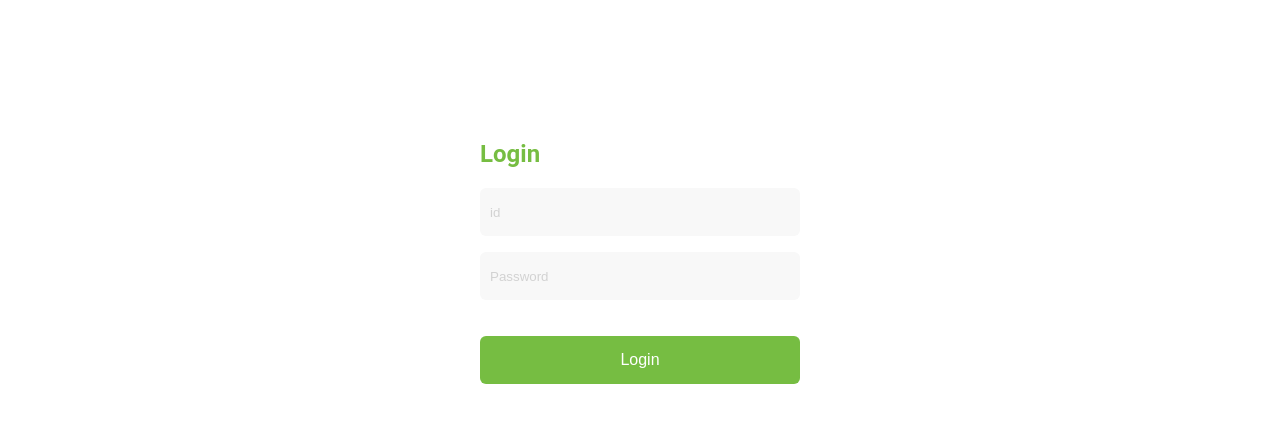
Repository: misosiruda/portfolio
Page: http://localhost/mallwithjsp/login/signaccountform.jsp
The author's editor kept a copy of each file at every save. The page is drawn from the files as they stood at one save, then again after the next save.
The browser window is 1280 px wide. The pictures show the whole page.
Some web libraries are served in a nearby version. The page is served by Tomcat 9. Other server files are loaded and not shown.

Above is the page before, as saved 2024-03-25 06:45:43.

### mallwithjsp/src/main/webapp/login/signaccountform.jsp
<%@ page language="java" contentType="text/html; charset=UTF-8"
	pageEncoding="UTF-8"%>
<%@ taglib prefix="c" uri="http://java.sun.com/jsp/jstl/core"%>
<!DOCTYPE html>
<html>

<head>
<meta charset="UTF-8">
<title>회원가입 창</title>
<style>
* {
	padding: 0;
	margin: 0;
	border: none;
}

body {
	font-size: 14px;
	font-family: 'Roboto', sans-serif;
}

.login-wrapper {
	margin: 100px auto;
	width: 400px;
	height: 350px;
	padding: 40px;
	box-sizing: border-box;
}

.login-wrapper>h2 {
	font-size: 24px;
	color: #76bd42;
	margin-bottom: 20px;
}

#login-form>input {
	width: 100%;
	height: 48px;
	padding: 0 10px;
	box-sizing: border-box;
	margin-bottom: 16px;
	border-radius: 6px;
	background-color: #F8F8F8;
}

#login-form>input::placeholder {
	color: #D2D2D2;
}

#login-form>input[type="submit"] {
	color: #fff;
	font-size: 16px;
	background-color: #76bd42;
	margin-top: 20px;
}

#login-form>input[type="checkbox"] {
	display: none;
}

#login-form>label {
	color: #999999;
}

#login-form input[type="checkbox"]+label {
	cursor: pointer;
	padding-left: 26px;
	background-image: url("checkbox.png");
	background-repeat: no-repeat;
	background-size: contain;
}

#login-form input[type="checkbox"]:checked+label {
	background-image: url("checkbox-active.png");
	background-repeat: no-repeat;
	background-size: contain;
}

a {
	text-decoration: none;
}

</style>
<script type="text/javascript"
	src="https://code.jquery.com/jquery-1.10.2.min.js"></script>
</head>

<body>
	<div class="login-wrapper">
		<h2>Login</h2>
		<form method="post"
			action="./login/loginform.jsp"
			id="login-form" name="frm">
			<input type="hidden" name="check" value="${check}">
			<input type="text" name="userid" placeholder="id">
			<input type="password" name="userpass" placeholder="Password">
			<input type="submit" value="Login" onclick="return loginNullCheck()">
		</form>
	</div>
	<!-- 아이디 비번 체크 스크립트 -->
    <script src="../js/idpasscheck.js"></script>
	<script>
		//로드 될때 실행하는 코드
		if (document.frm.check.value == "wrong_userid") {
			alert("해당하는 아이디가 없습니다.");
		} else if (document.frm.check.value == "wrong_userpass") {
			alert("비밀번호가 틀렸습니다.");
		}
	</script>
</body>

</html>

### mallwithjsp/src/main/webapp/js/idpasscheck.js
function loginNullCheck()
{
    if (document.frm.userid.value.length === 0)
    {
        alert("아이디를 입력하세요.");
        return false;
    }
    if (document.frm.userpass.value.length === 0)
    {
        alert("비밀번호를 입력하세요.");
        return false;
    }
    return true;
}

After the next save:
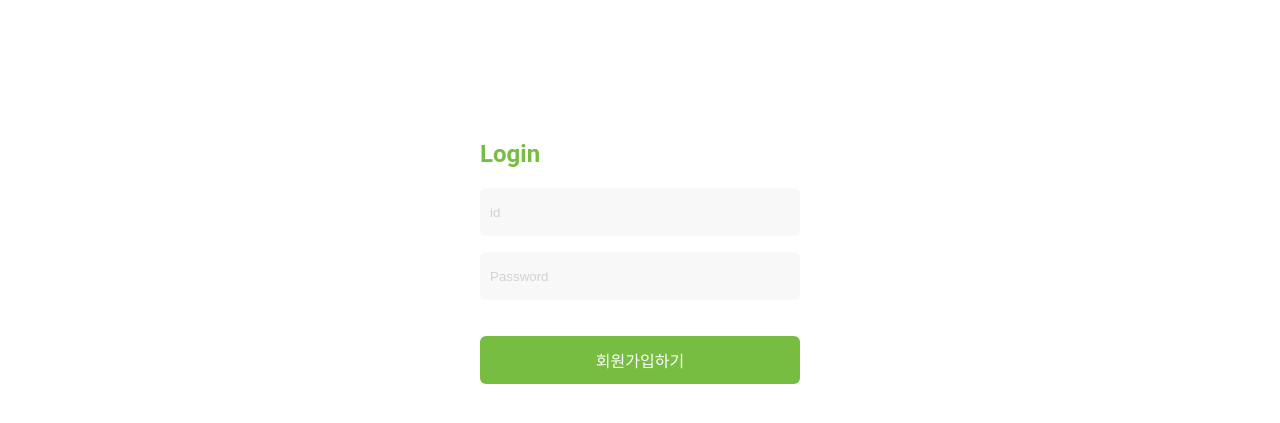
Saved 57 s later.
--- a/mallwithjsp/src/main/webapp/login/signaccountform.jsp
+++ b/mallwithjsp/src/main/webapp/login/signaccountform.jsp
@@ -89,12 +89,12 @@ a {
 	<div class="login-wrapper">
 		<h2>Login</h2>
 		<form method="post"
-			action="./login/loginform.jsp"
+			action="http://localhost:8080/mallwithjsp/manager.do?command=sign_account"
 			id="login-form" name="frm">
 			<input type="hidden" name="check" value="${check}">
 			<input type="text" name="userid" placeholder="id">
 			<input type="password" name="userpass" placeholder="Password">
-			<input type="submit" value="Login" onclick="return loginNullCheck()">
+			<input type="submit" value="회원가입하기" onclick="return loginNullCheck()">
 		</form>
 	</div>
 	<!-- 아이디 비번 체크 스크립트 -->
